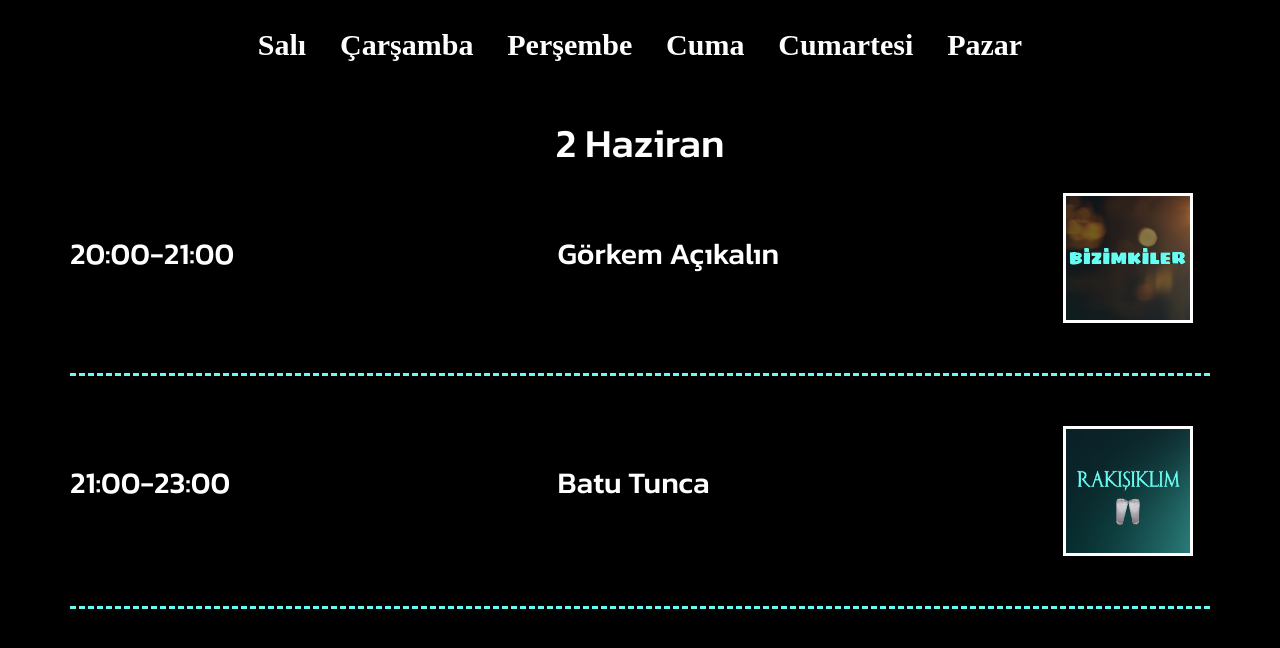
Repository: kaanistemi/program
Page: index.html
The author's editor kept a record of every edit. The page is drawn from the files as they stood at one moment, then again after the next edit.
The browser window is 1280 px wide. The pictures show the whole page.

Above is the page before.

After the next edit:
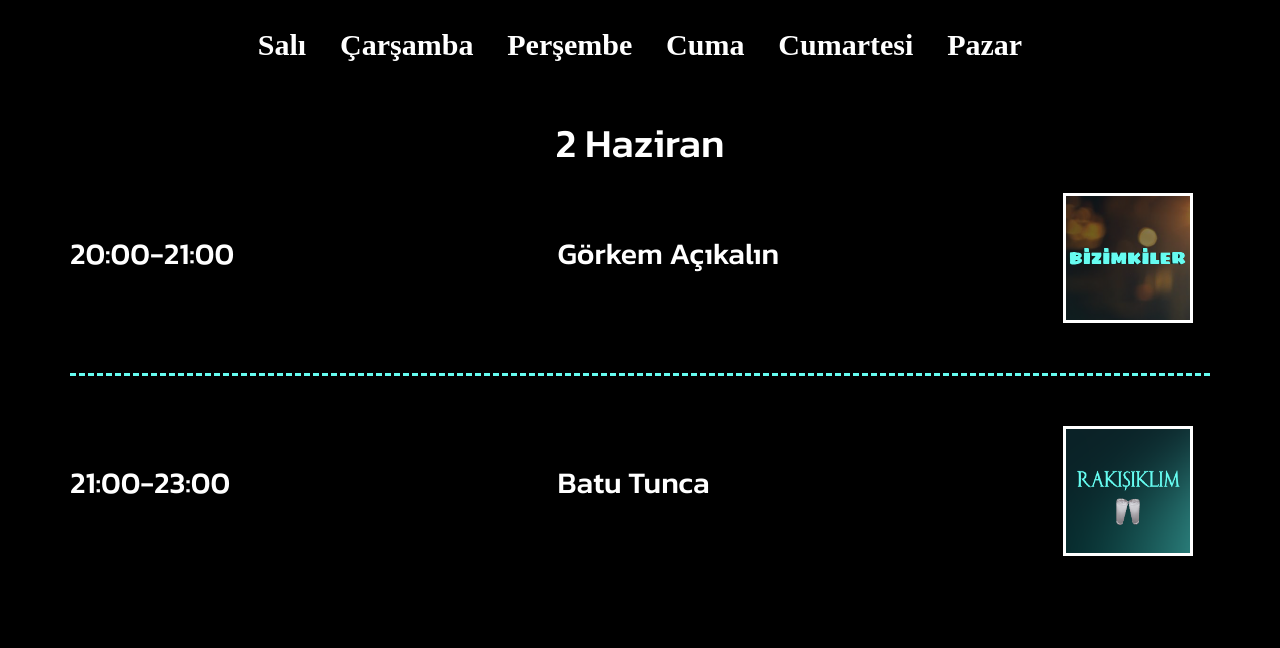
The edit:
--- a/index.html
+++ b/index.html
@@ -65,7 +65,7 @@
                         </div>
 
                 </div>
-                <div class="border"></div>
+
             </div>
 
         </div>
